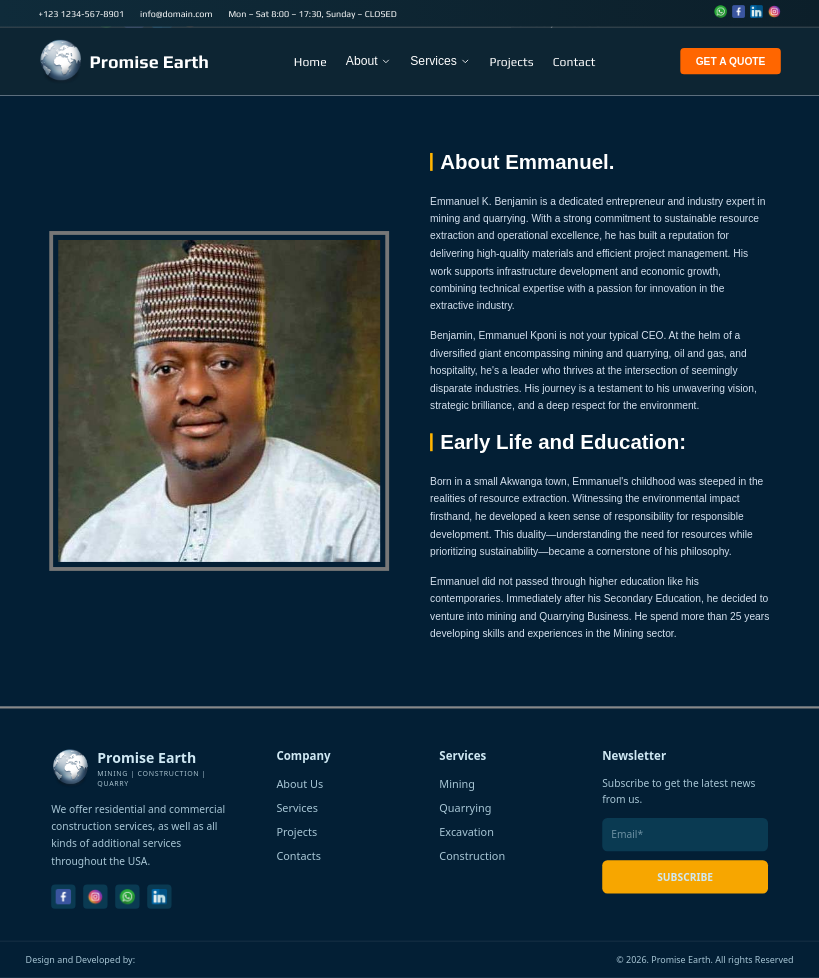
Repository: KC-Minchakpu/promise-earth
Page: /Emmanuel
An editor plug-in stored every save of this project. The page is shown before and after the next save, followed by the edit.
The browser window is 1280 px wide. The pictures show the whole page, at 64% of full size.
The project was rebuilt for these pictures with package versions that can differ from the ones it lists, and the page was loaded fresh each time. The framework's server and built-in components were replaced by stand-ins that run in the browser. Also part of the build but not shown: next.config.ts.

Above is the page before, as saved 2026-02-27 13:58:40.

After the next save:
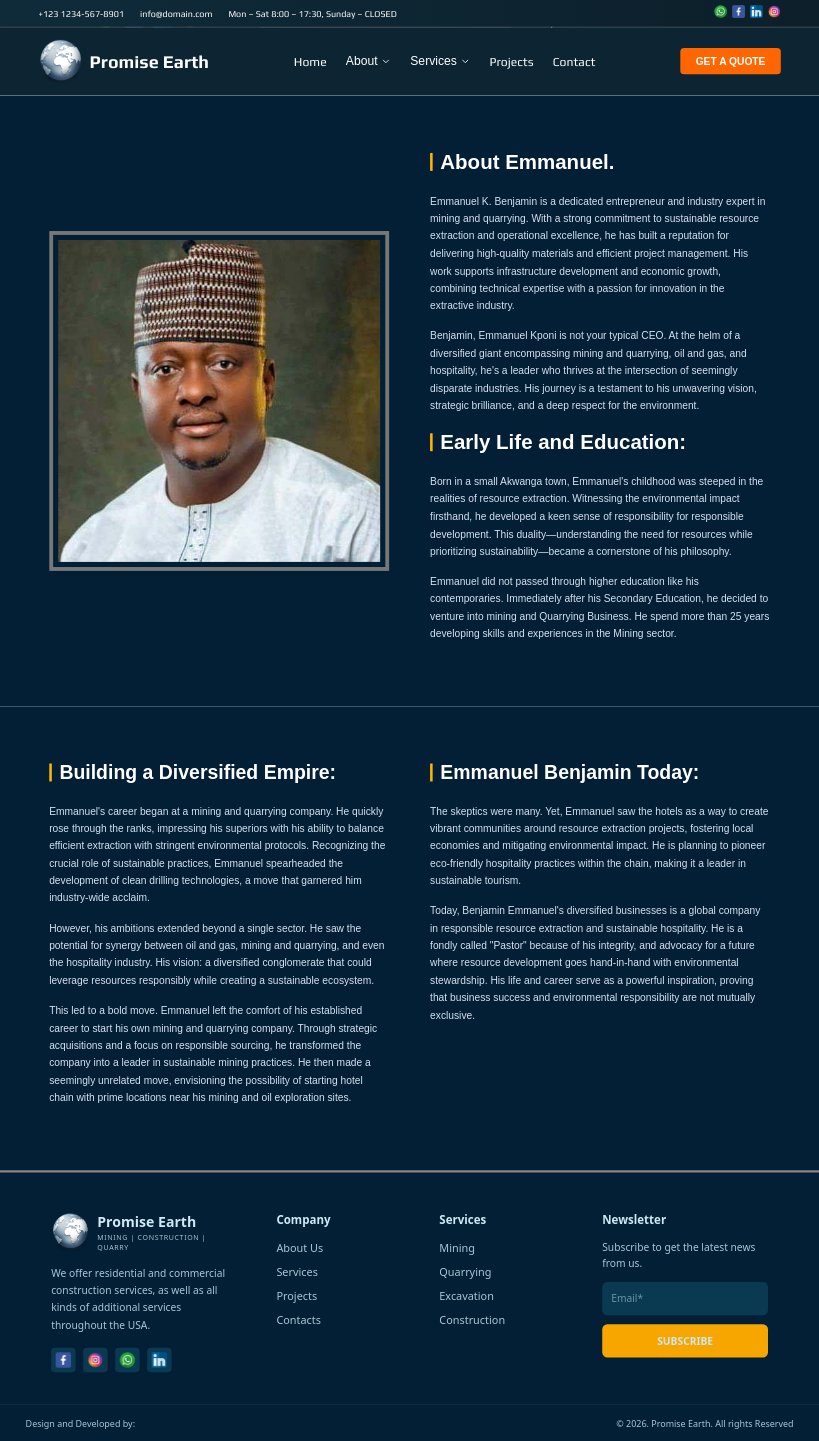
Saved 30 s later.
--- a/src/app/Emmanuel/page.tsx
+++ b/src/app/Emmanuel/page.tsx
@@ -1,9 +1,11 @@
 import AboutEmmanuel from "@/components/About/AboutEmmanuel";
+import AboutEmmanuel2 from "@/components/About/AboutEmmanuel2";
 
 export default function EmmanuelPage() {
   return (
     <>
       <AboutEmmanuel />
+      <AboutEmmanuel2 />
     </>
   );
 }
